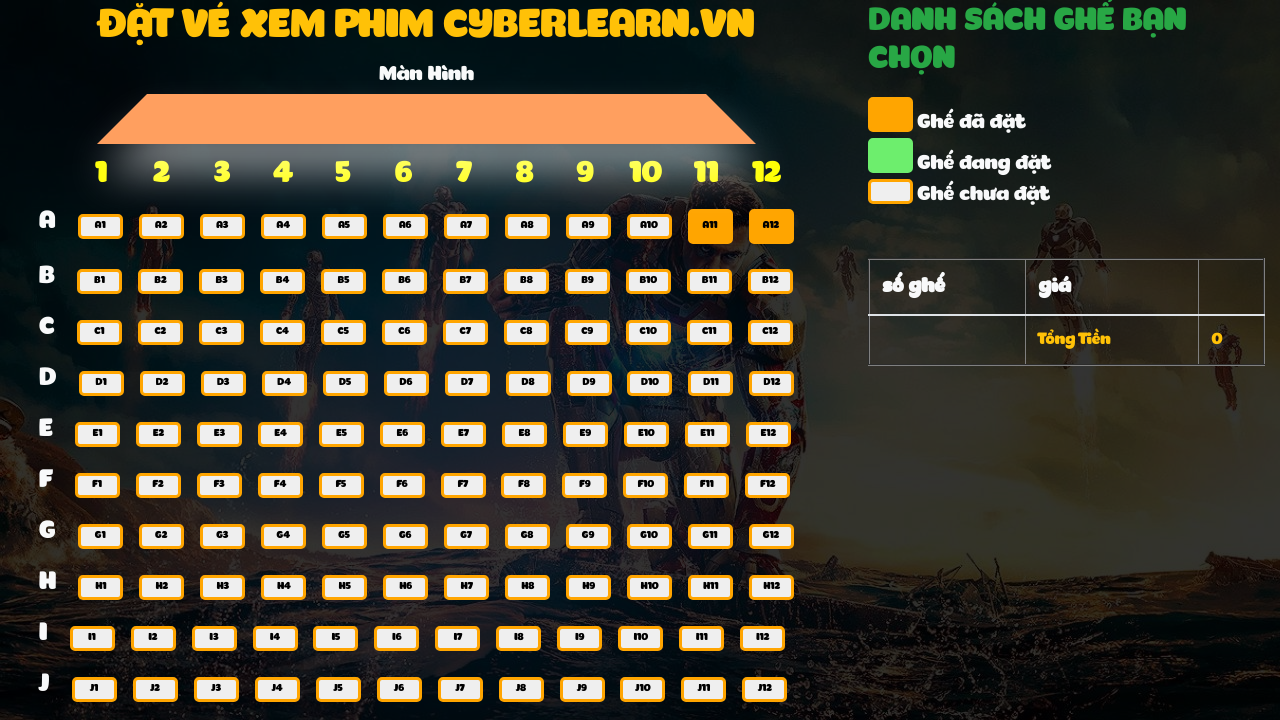
Repository: LeHieuSP/Baitapthukinh_LTH_FE70
Page: /
These files come from the project's save history. The page is drawn as it stood at one moment and after the next save; the edit follows.
The browser window is 1280 px wide. The pictures show the whole page.
The project was rebuilt for these pictures with package versions that can differ from the ones it lists, and the page was loaded fresh each time. Also part of the build but not shown: src/index.css, src/App.css.

Above is the page before, as saved 2022-03-09 14:24:00.

After the next save:
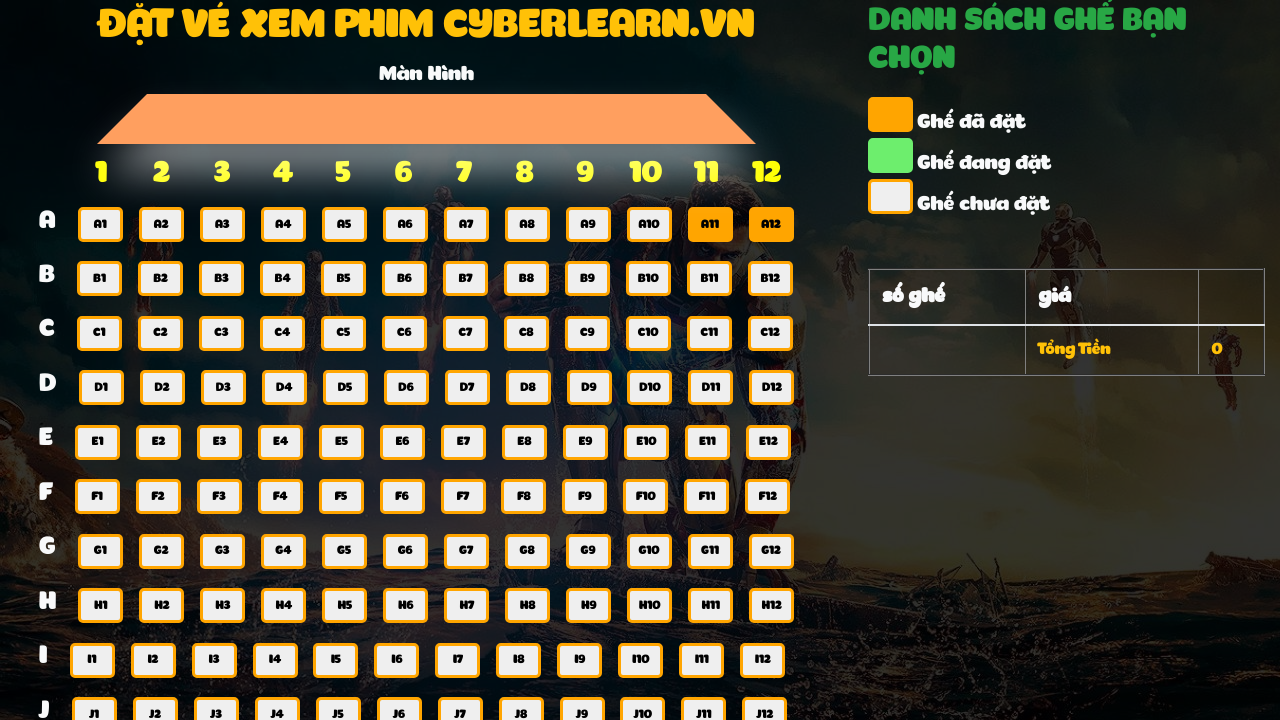
Saved 27 s later.
--- a/src/BaiTapRedux/BaiTapBookingTicket/BaiTapBookingTicket.css
+++ b/src/BaiTapRedux/BaiTapBookingTicket/BaiTapBookingTicket.css
@@ -10,8 +10,8 @@
 .ghe {
   border: 3px solid orange;
   width: 45px;
-  height: 25px;
-  font-size: 10px;
+  height: 35px;
+  font-size: 12px;
   margin-left: 2%;
   margin-bottom: 1%;
   border-radius: 5px;
